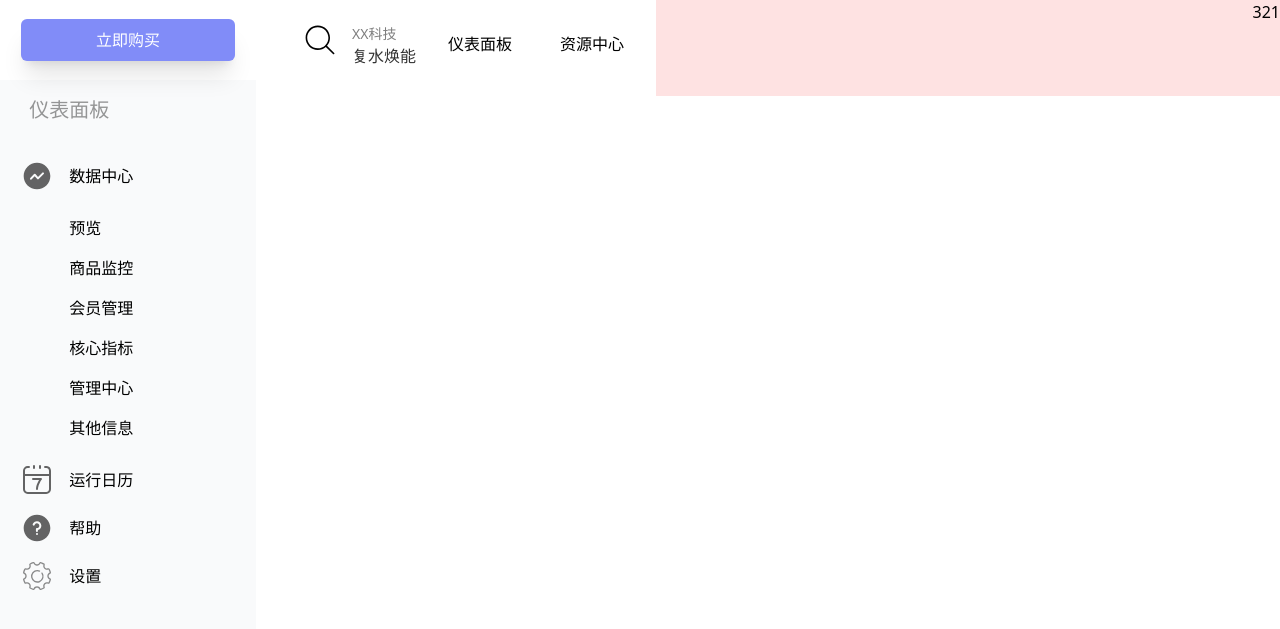
Repository: LiuRuohui/useWater
Page: /
These files come from the project's save history. The page is drawn as it stood at one moment and after the next save; the edit follows.
The browser window is 1280 px wide. The pictures show the whole page.
The project was rebuilt for these pictures with package versions that can differ from the ones it lists, and the page was loaded fresh each time. Also part of the build but not shown: vite.config.js.

Above is the page before, as saved 2022-04-06 09:42:33.

### src/App.vue
<script setup>
import HelloWorld1 from './components/HelloWorld.vue';
</script>

<template>
  <HelloWorld1></HelloWorld1>
</template>

<style>
</style>

### src/index.css
@tailwind base;
@tailwind components;
.inputFrame {
    @apply appearance-none rounded-none relative block w-full px-3 py-2 border border-gray-300 placeholder-gray-500 text-gray-900
}

.inputFrame:focus {
    @apply outline-none border-indigo-500 z-10 inline-block px-5 py-3 rounded-lg shadow-lg
}

.btn {
    @apply relative flex w-full justify-center py-2 border border-transparent font-medium rounded-md text-white bg-indigo-400
}

.btn:hover {
    @apply bg-indigo-500
}

.btn:focus {
    @apply outline-none ring-2 ring-offset-2 ring-indigo-400
}

@tailwind utilities;

### src/components/HelloWorld.vue
<script setup>

</script>

<template>
<div class="w-full h-screen flex flex-row select-none">
  <div class="w-1/5 h-screen justify-center items-center flex flex-col">
    <div class="w-full h-20 justify-center items-center flex">
        <div class="w-5/6">
            <button class="btn text-white justify-center items-center shadow-xl">立即购买</button>
        </div>
    </div>
    <div class="w-full flex flex-grow bg-gray-50 justify-center">
        <div class="w-5/6 pt-4 flex flex-col">
            <div class="h-8 text-xl opacity-40 pl-2">仪表面板</div>
            <div class="mt-4 flex flex-grow flex-col">
                <div class="flex flex-col py-2 hover:cursor-pointer">
                    <div class="flex flex-row py-2 hover:bg-blue-200 hover:cursor-pointer">
                      <img src="../assets/数据.svg" alt="" class="h-8 opacity-60">
                      <div class="pl-4 pt-1">数据中心</div>
                    </div>
                    <div class="mt-2 flex flex-col hover:cursor-pointer">
                        <div class="py-2 pl-12 hover:bg-blue-200">预览</div>
                        <div class="py-2 pl-12 hover:bg-blue-200">商品监控</div>
                        <div class="py-2 pl-12 hover:bg-blue-200">会员管理</div>
                        <div class="py-2 pl-12 hover:bg-blue-200">核心指标</div>
                        <div class="py-2 pl-12 hover:bg-blue-200">管理中心</div>
                        <div class="py-2 pl-12 hover:bg-blue-200">其他信息</div>
                    </div>
                </div>
                <div class="flex flex-row py-2 hover:bg-blue-200 hover:cursor-pointer">
                  <img src="../assets/日历.svg" alt="" class="h-8 opacity-60">
                  <div class="pl-4 pt-1">运行日历</div>
                </div>
                <div class="flex flex-row py-2 hover:bg-blue-200 hover:cursor-pointer">
                  <img src="../assets/帮助.svg" alt="" class="h-8 opacity-60">
                  <div class="pl-4 pt-1">帮助</div>
                </div>
                <div class="flex flex-row py-2 hover:bg-blue-200 hover:cursor-pointer">
                  <img src="../assets/设置.svg" alt="" class="h-8 opacity-60">
                  <div class="pl-4 pt-1">设置</div>
                </div>
            </div>
        </div>
    </div>
  </div>
  <div class="flex flex-grow flex-col">
      <div class="flex flex-row h-24">
          <img src="../assets/搜索.svg" alt="" class="h-8 mt-6 pl-12 hover:cursor-pointer">
          <div class="flex flex-col pt-6 px-4 hover:cursor-pointer">
              <div class="text-sm opacity-50">XX科技</div>
              <div class="text-md opacity-80">复水焕能</div>
          </div>
          <div class="text-base px-4 pt-8 hover:cursor-pointer">仪表面板</div>
          <div class="text-base px-8 pt-8 hover:cursor-pointer">资源中心</div>
          <div class="flex flex-grow flex-row-reverse bg-red-100">
              <div>1</div>
              <div>2</div>
              <div>3</div>
          </div>
      </div>
  </div>
</div>
</template>

<style scoped>

</style>

### tailwind.config.js
module.exports = {
    content: [
        "./index.html",
        "./src/**/*.{vue,js,ts,jsx,tsx}",
    ],
    theme: {
        extend: {},
    },
    variants: {
        backgroundColor: ['responsive', 'hover', 'focus', 'active']
    },
    plugins: [],
}

Loaded but not shown: index.html (common file); src/main.js (common file)

After the next save:
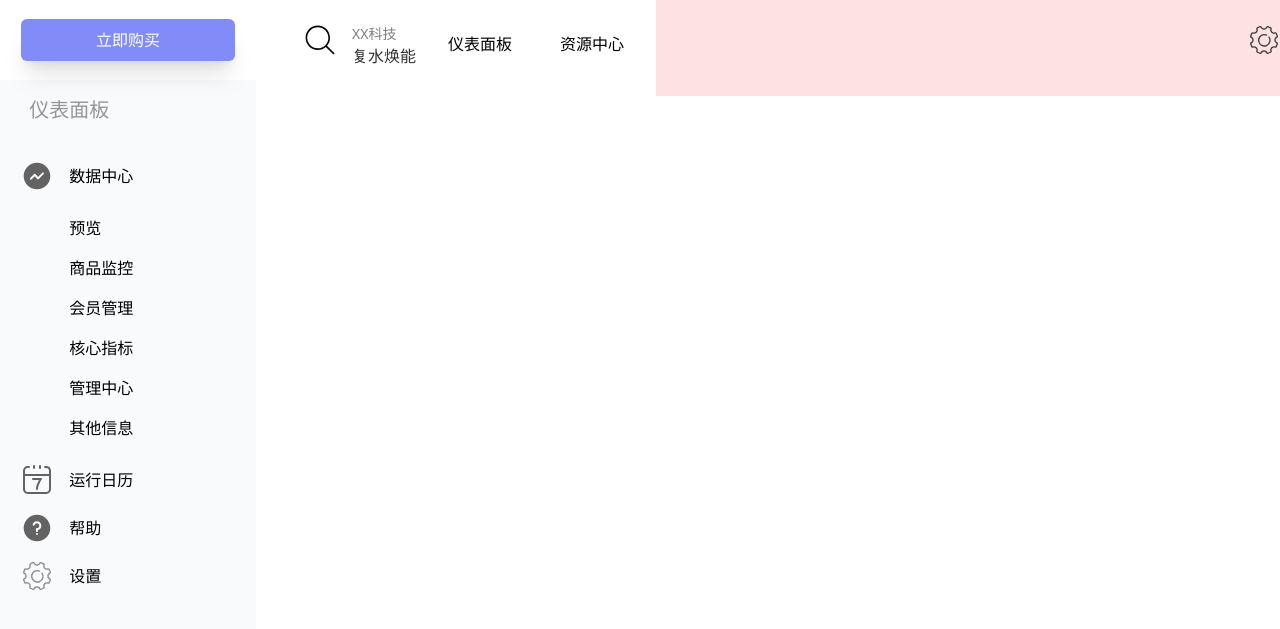
Saved 35 s later.
--- a/src/components/HelloWorld.vue
+++ b/src/components/HelloWorld.vue
@@ -54,9 +54,7 @@
           <div class="text-base px-4 pt-8 hover:cursor-pointer">仪表面板</div>
           <div class="text-base px-8 pt-8 hover:cursor-pointer">资源中心</div>
           <div class="flex flex-grow flex-row-reverse bg-red-100">
-              <div>1</div>
-              <div>2</div>
-              <div>3</div>
+              <img src="../assets/设置.svg" alt="" class="h-8 mt-6">
           </div>
       </div>
   </div>
